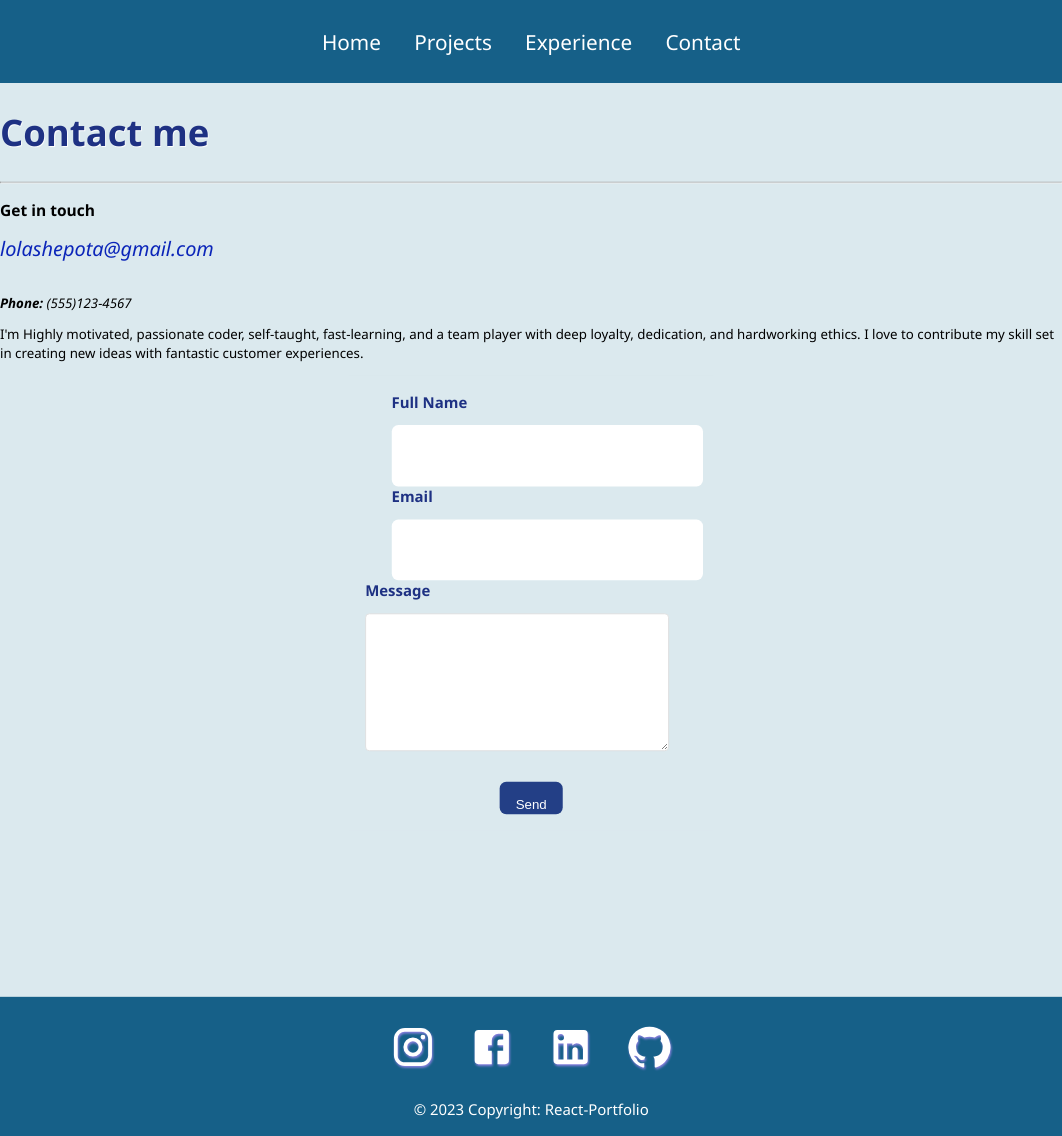
Repository: LolaSL/react-portfolio
Page: /contact
An editor plug-in stored every save of this project. The page is shown before and after a run of saves, followed by the edit.
The browser window is 1280 px wide. The pictures show the whole page, at 83% of full size.
The project was rebuilt for these pictures with package versions that can differ from the ones it lists, and the page was loaded fresh each time. Also part of the build but not shown: src/pages/Home/Style.css, src/pages/Home/Home.jsx, src/components/ProjectItem/Style.css, src/components/ProjectItem/ProjectItem.jsx, src/helpers/ProjectList.js, src/pages/Projects/Style.css, src/pages/Projects/Projects.jsx, src/pages/Experience/Style.css and 2 more.

Above is the page before, as saved 2023-09-27 17:38:40.

### src/App.js
import './App.css';
import { BrowserRouter as Router, Routes, Route } from 'react-router-dom';
import Home from './pages/Home/Home.jsx';
import Projects from './pages/Projects/Projects.jsx';
import Experience from './pages/Experience/Experience.jsx';
import Navbar from "./components/Navbar/Navbar.jsx";
import Footer from './components/Footer/Footer.jsx';
import ProjectDetail from './pages/ProjectDetail/ProjectDetail';
import Contact from './pages/Contact/Contact';


function App() {
  return (
    <div className="App">
      <Router>
      <Navbar />
        <Routes>
          <Route path="/" element={<Home />} />
          <Route path="/projects" element={<Projects />} />
          <Route path="/project/:id" element={<ProjectDetail />} />
          <Route path="/experience" element={<Experience />} />
          <Route path="/contact" element ={<Contact/>}/>
        </Routes>
        <Footer />
      </Router>
    </div>
  );
}

export default App;

### src/App.css
.App {
  width: 100%;
  height: auto;
  display: flex;
  flex-direction: column;
  font-family:'Segoe UI', Tahoma, Geneva, Verdana, sans-serif;
  background-color: #dbe9ee;
}

body {
  margin: 0;
  padding: 0;
}

### src/components/Navbar/Navbar.jsx
import React, { useEffect, useState } from "react";
import { Link, useLocation } from "react-router-dom";
import DehazeIcon from "@mui/icons-material/Dehaze";
import "./Style.css";

const Navbar = () => {
  const [expandNavbar, setExpandNavbar] = useState(false);
  const location = useLocation();
  useEffect(() => {
    setExpandNavbar(false);
  }, [location]);
  return (
    <div className="navbar" id={expandNavbar ? "open" : "close"}>
      <div className="toggleButton">
        <button
          onClick={() => {
            setExpandNavbar((prev) => !prev);
          }}
        >
          <DehazeIcon />
        </button>
      </div>
      <div className="links">
        <Link to="/"> Home </Link>
        <Link to="/projects"> Projects </Link>
        <Link to="/experience"> Experience </Link>
        <Link to="/contact"> Contact </Link>
      </div>
    </div>
  );
};

export default Navbar;

### src/components/Footer/Footer.jsx
import React from "react";
import { Link } from "react-router-dom";
import InstagramIcon from "@mui/icons-material/Instagram";
import FacebookIcon from "@mui/icons-material/Facebook";
import LinkedInIcon from "@mui/icons-material/LinkedIn";
import GitHubIcon from "@mui/icons-material/GitHub";
import "./Style.css";

const Footer = () => {
  return (
    <div className="footer">
      <div className="socialMedia">
        <Link to="https://www.instagram.com">
          <InstagramIcon />
        </Link>
        <Link to="https://www.facebook.com">
          <FacebookIcon />
        </Link>
        <Link to="https://www.linkedin.com/in/lola-s-2aba6340-lo">
          <LinkedInIcon />
        </Link>
        <Link to="https://github.com">
          <GitHubIcon />
        </Link>
      </div>
      <div className="copyright">
        <p>&copy; {new Date().getFullYear()} Copyright: React-Portfolio</p>
      </div>
    </div>
  );
};

export default Footer;

### src/pages/Contact/Contact.jsx
// import React, { useRef } from "react";
// import emailjs from "@emailjs/browser";
// import { Container, Row, Col } from "react-bootstrap";
// import { contactConfig } from "./contactConfig";
// import "./Style.css";

// const ContactForm = () => {
//   const form = useRef();

//   const sendEmail = (e) => {
//     e.preventDefault();

//     emailjs.sendForm("MY_SERVICE", "MY-TEMPLATE", form.current, "MY-KEY").then(
//       (result) => {
//         console.log(result.text);
//         console.log("message sent");
//       },
//       (error) => {
//         console.log(error.text);
//       }
//     );
//   };
//   return (
//     <Container >
//       <Row className="mb-5 mt-3 p-4">
//         <Col lg="8">
//           {" "}
//           <h1 className="display-4 mb-4 text-center">Contact me</h1>
//           <hr className="t_border my-4 ml-0 text-left" />
//         </Col>
//       </Row>
//       <Row className="sec-sp">
//         <Col lg="5" className="mb-5">
//           <h3 className="color_sec py-4">Get in touch</h3>
//           <address>
//             <strong>      <a href={`mailto:${contactConfig.YOUR_EMAIL}`}>
//                 {contactConfig.YOUR_EMAIL}
//               </a></strong>
//               <br />
//               <br />
//               {contactConfig.hasOwnProperty("YOUR_FONE") ? (
//                 <p>
//                   <strong>Phone:</strong> {contactConfig.YOUR_FONE}
//                 </p>
//               ) : (
//                 ""
//               )}
//             </address>
//             <p>{contactConfig.description}</p>
//           </Col>
//         <Col lg="7" className="d-flex align-items-center">
//           <form ref={form} onSubmit={sendEmail} className="contact-form w-100">
//           <Row>
//                 <Col lg="6" className="form-group">
//                   <input
//                     className="form-control"
//                     id="name"
//                     name="name"
//                     placeholder="Name"
//                     type="text"
//                     required
//                   />
//                 </Col>
//                 <Col lg="6" className="form-group">
//                   <input
//                     className="form-control rounded-0"
//                     id="email"
//                     name="email"
//                     placeholder="Email"
//                     type="email"
//                     required
//                   />
//                 </Col>
//               </Row>
//               <textarea
//                 className="form-control rounded-0"
//                 id="message"
//                 name="message"
//                 placeholder="Message"
//                 rows="5"
//                 required
//               ></textarea>
//               <br />
//             <Row>
//               <Col lg="12" className="form-group">
//                 <input
//                   type="submit"
//                   className="btn"
//                   value="Send"
//                   disabled={true}
//                 />
//               </Col>
//             </Row>
//           </form>
//         </Col>
//       </Row>
//     </Container>
//   );
// };

// export default ContactForm;

import React, { useRef } from "react";
import emailjs from "@emailjs/browser";
import { Container, Row, Col } from "react-bootstrap";
import { contactConfig } from "./contactConfig";
import "./Style.css";

const ContactForm = () => {
  const form = useRef();

  const sendEmail = (e) => {
    e.preventDefault();

    emailjs.sendForm("MY_SERVICE", "MY-TEMPLATE", form.current, "MY-KEY").then(
      (result) => {
        console.log(result.text);
        console.log("message sent");
      },
      (error) => {
        console.log(error.text);
      }
    );
  };
  return (
    <Container>
      <Row className="mb-5 mt-3 p-4">
        <Col lg={{ span: 8, offset: 2 }} md={{ span: 10, offset: 1 }}>
          <h1 className="display-4 mb-4 text-center">Contact me</h1>
          <hr className="t_border my-4 ml-0 text-left" />
        </Col>
      </Row>
      <Row className="sec-sp">
        <Col lg={5} md={6} className="mb-5">
          <h3 className="color_sec py-4">Get in touch</h3>
          <address>
            <strong>
              <a href={`mailto:${contactConfig.YOUR_EMAIL}`}>
                {contactConfig.YOUR_EMAIL}
              </a>
            </strong>
            <br />
            <br />
            {contactConfig.hasOwnProperty("YOUR_FONE") ? (
              <p>
                <strong>Phone:</strong> {contactConfig.YOUR_FONE}
              </p>
            ) : (
              ""
            )}
          </address>
          <p>{contactConfig.description}</p>
        </Col>
        <Col lg={7} md={6} className="d-flex align-items-center">
          <form ref={form} onSubmit={sendEmail} className="contact-form w-100">
            <Row className="w-100">
              <Col lg={6} md={6} sm={12} className="form-group">
                <label htmlFor="name">Full Name</label>
                <input
                  className="form-control"
                  id="name"
                  name="name"
                  type="text"
                  required
                />
              </Col>
              <Col lg={6} md={6} sm={12} className="form-group">
                <label htmlFor="email">Email</label>
                <input
                  className="form-control rounded-0"
                  id="email"
                  name="email"
                  type="email"
                  required
                />
              </Col>
            </Row>
            <Row className="w-100">
              <Col lg={12} md={12} sm={12} className="form-group">
                <label htmlFor="message">Message</label>
                <textarea
                  className="form-control rounded-0"
                  id="message"
                  name="message"
                  rows="5"
                  required
                ></textarea>
              </Col>
            </Row>
            <Row className="w-100">
              <Col lg={12} md={12} sm={12} className="form-group ">
                <input
                  type="submit"
                  className="btn btn-primary"
                  value="Send"
                  disabled={false}
                />
              </Col>
            </Row>
          </form>
        </Col>
      </Row>
    </Container>
  );
};

export default ContactForm;

### src/components/Navbar/Style.css
.navbar {
  width: 100%;
  height: 100px;
  background: #166088;
}

.links {
  width: 100%;
  height: 100%;
  display: flex;
  align-items: center;
  justify-content: center;
  color: white;
}

.navbar a {
  color: white;
  text-decoration: none;
  margin: 20px;
  font-size: 25px;
}

.toggleButton {
  width: 100%;
  height: 100px;
  display: flex;
  align-items: center;
  justify-content: flex-end;
}

.toggleButton svg {
  font-size: 50px;
}
.toggleButton button {
  margin-right: 20px;
  padding: 8px;
  background-color: transparent;
  border: none;
  color: white;
  cursor: pointer;
}

#open {
  height: 100vh;
}

#open .links {
  flex-direction: column;
  justify-content: flex-start;
  margin-top: 100px;
}

#open a {
  width: 100%;
  text-align: center;
}

@media only screen and (max-width: 900px) {
  .navbar a {
    width: 600px;
  }
}

@media only screen and (max-width: 600px) {
  .toggleButton {
    display: flex;
  }
  #close a {
    display: none;
  }
}

@media only screen and (min-width: 600px) {
  .toggleButton {
    display: none;
  }

  .hiddenLinks {
    display: none;
  }

  #open {
    height: 100px;
  }

  #open .links {
    flex-direction: row;
  }
}

### src/components/Footer/Style.css
.footer {
    width: 100%;
    height: 155px;
    background: #166088;
    display: flex;
    justify-content: center;
    align-items: center;
    flex-direction: column;
    padding-top: 10px;
    margin-top: 200px;
    position: related;
    bottom: 0;
    left: 0;
    right: 0;
  }
  .footer{
    height: 22vh;
  }
  .socialMedia svg{
    color: white;
    margin: 20px;
    font-size: 55px;
    cursor: pointer;
    margin-bottom: 10px;
  }
  .socialMedia svg:hover{
    color: #e76972;
    margin: 20px;
    font-size: 55px;
    cursor: pointer;
    margin-bottom: 10px;
    background-color: transparent;
    transition: all ease 0.3s;
    border: none;
    text-shadow: 0 0 0.625em #d83535;
  }
.copyright p{
    color: white;
    font-size: 18px;
  }

  @media only screen and (max-width: 600px) {
    .footer svg {
      font-size: 50px;
    }
    .copyright p{
      font-size: 16px;
    }
  }

### src/pages/ProjectDetail/Style.css
.project {
  width: 100%;
    height: auto;
    display: flex;
    justify-content: center;
    align-items: center;
    flex-direction: column;
    color: #3e497a;
}

.project  h1 {
  text-align: center;
  color: #3e497a;
  font-size:50px;
  font-weight: bolder;
  margin-top: 30px

}
.project img {
  max-width: 700px;
  border-radius: 10px;
  margin-bottom: 40px;
}

.project h3 {
  font-size: 1.7rem;
  color: #3e497a;
  padding: 50px;
  text-align: justify;
}
a {
  text-decoration: none;
  color: rgb(11, 37, 185);
  font-weight: normal;
  font-size: 24px;
}
a:hover {
  text-decoration: none;
   color: #e76972;
  font-weight: bold;
  transition: all ease 0.3s;
  font-size: 24px;
  cursor: pointer;
  text-shadow: 0 0 0.625em #d83535;
}
.project svg {
  font-size: 60px;
  color: #3e497a;
}
.project svg:hover {
  color: #2d2d84;
  cursor: pointer;
}
svg {
  filter: drop-shadow(1px 2px 1px rgb(144, 130, 227));
}
@media only screen and (max-width: 1300px) {
  .project img {
    max-width: 500px;
    border-radius: 8px;
  }
  .project h1 {
    font-size: 1.8rem;
  }
  .project h3 {
    font-size: 1.4rem;
  }
}

@media only screen and (max-width: 800px) {
  .project img {
    max-width: 374px;
    border-radius: 6px;
  }
  .project h1 {
    font-size:37px;
    text-align: center;
    color: #3e497a;
  }
  .project h3 {
    font-size: 1.3rem;
  }

}

### src/pages/Contact/contactConfig.js
// const contactConfig = {
//     description: "I'm Highly motivated, passionate coder, self-taught, fast-learning, and a team player with deep loyalty, dedication, and hardworking ethics. I love to contribute my skill set in creating new ideas with fantastic customer experiences."
// }
// export {
//     contactConfig
// }
const logotext = 'Lola Shepota';
const meta = {
    title: 'Lola Shepota',
    description:
        "I'm Highly motivated, passionate coder, Full-Stact Junior. ",
};

const introdata = {
    title: 'I’m John Doe',
    animated: {
        first: 'I love coding',
        second: "I'm creating new ideas with fantastic customer experiences",
        third: 'A team player with deep loyalty',
    },
    description:
        "I'm self-taught, fast-learning, and  dedication, and hardworking ethics. I love contributing my skills to code websites.",
    your_img_url: 'https://avatars.githubusercontent.com/u/67796082?v=4',
};

const dataabout = {
    title: 'About my self',
    aboutme:
        'Lorem ipsum dolor sit amet, consectetur adipiscing elit. Praesent quis dolor id ligula semper elementum feugiat pretium nulla. Nunc non commodo dolor. Nunc mollis dignissim facilisis. Morbi ut magna ultricies.',
};
const worktimeline = [
    {
        jobtitle: 'Designer of week',
        where: 'YAdfi',
        date: '2020',
    },
    {
        jobtitle: 'Designer of week',
        where: 'Jamalya',
        date: '2019',
    },
    {
        jobtitle: 'Designer of week',
        where: 'ALquds',
        date: '2019',
    },
];



const services = [
    {
        title: 'UI & UX Design',
        description:
            'Lorem ipsum dolor sit amet, consectetur adipiscing elit. Sed at nisl euismod urna bibendum sollicitudin.',
    },
    {
        title: 'Mobile Apps',
        description:
            'Lorem ipsum dolor sit amet, consectetur adipiscing elit. Sed at nisl euismod urna bibendum sollicitudin.',
    },
    {
        title: 'Wordpress Design',
        description:
            'Lorem ipsum dolor sit amet, consectetur adipiscing elit. Sed at nisl euismod urna bibendum sollicitudin.',
    },
];

const contactConfig = {
    YOUR_EMAIL: 'lolashepota@gmail.com',
    YOUR_FONE: '(555)123-4567',
    description:
        "I'm Highly motivated, passionate coder, self-taught, fast-learning, and a team player with deep loyalty, dedication, and hardworking ethics. I love to contribute my skill set in creating new ideas with fantastic customer experiences.",
    YOUR_SERVICE_ID: 'service_id',
    YOUR_TEMPLATE_ID: 'template_id',
    YOUR_USER_ID: 'user_id',
};


export {
    meta,
    dataabout,
    worktimeline,
    services,
    introdata,
    contactConfig,
    logotext,
};

### src/pages/Contact/Style.css
.contact-form {
  max-width: 400px;
  margin: 0 auto;
  padding: 20px;
  background-color: #dbe9ee;
  display: flex;
  flex-direction: column;
  align-items: center;
  color: #1e3183;
  font-size: 18px;
  font-weight: 600;


}
h1{
  font-size: 44px;
 color: #1e3183;
 text-shadow: 1px 1px 1px #ffffff;

}
  input {
    width: 100%;
    height: 35px;
    padding: 9px;
    outline: none;
    border-radius: 5px;
    border: 1px solid rgb(220, 220, 220);

    &:focus {
      border: 2px solid rgba(0, 206, 158, 1);
    }
  }
  input,
  textarea {
    width: 100%;
    font-size: 1rem;
    padding: 1.2rem;
    color: grey;
    background-color: dark;
    outline: none;
    border: none;
    border-radius: 8px;
    margin-top: 1rem;
  }
  textarea {
   width: 350px;
    max-height: 100px;
    /* min-height: 100px; */
    padding: 7px;
    outline: none;
    border-radius: 5px;
    border: 1px solid rgb(220, 220, 220);
    min-height:150px;
    resize: vertical;
    &:focus {
      border: 2px solid rgba(0, 206, 158, 1);
    }
  }

  input[type="submit"] {
    margin-top: 2rem;
    cursor: pointer;
    background: #233f86;
    color: white;
    border: none;
    width: 100%;
  }
  input:hover[type="submit"] {
    margin-top: 2rem;
    cursor: pointer;
    background: #e76972;
    color: white;
    border: none;
  }

/*
  .form-group {
    width: 100%;
    margin-bottom: 2rem;
  }
  label {
    font-size: 1.8rem;
  }
  input,
  textarea {
    width: 100%;
    font-size: 2rem;
    padding: 1.2rem;
    color: var(--gray-1);
    background-color: var(--deep-dark);
    outline: none;
    border: none;
    border-radius: 8px;
    margin-top: 1rem;
  }
  textarea {
    min-height: 250px;
    resize: vertical;
  }
  button[type='submit'] {
    background-color: var(--gray-1);
    color: var(--black);
    font-size: 2rem;
    display: inline-block;
    outline: none;
    border: none;
    padding: 1rem 4rem;
    border-radius: 8px;
    cursor: pointer;
  } */

Loaded but not shown: public/index.html (common file); src/index.js (common file); src/reportWebVitals.js (common file)

After the next 2 saves:
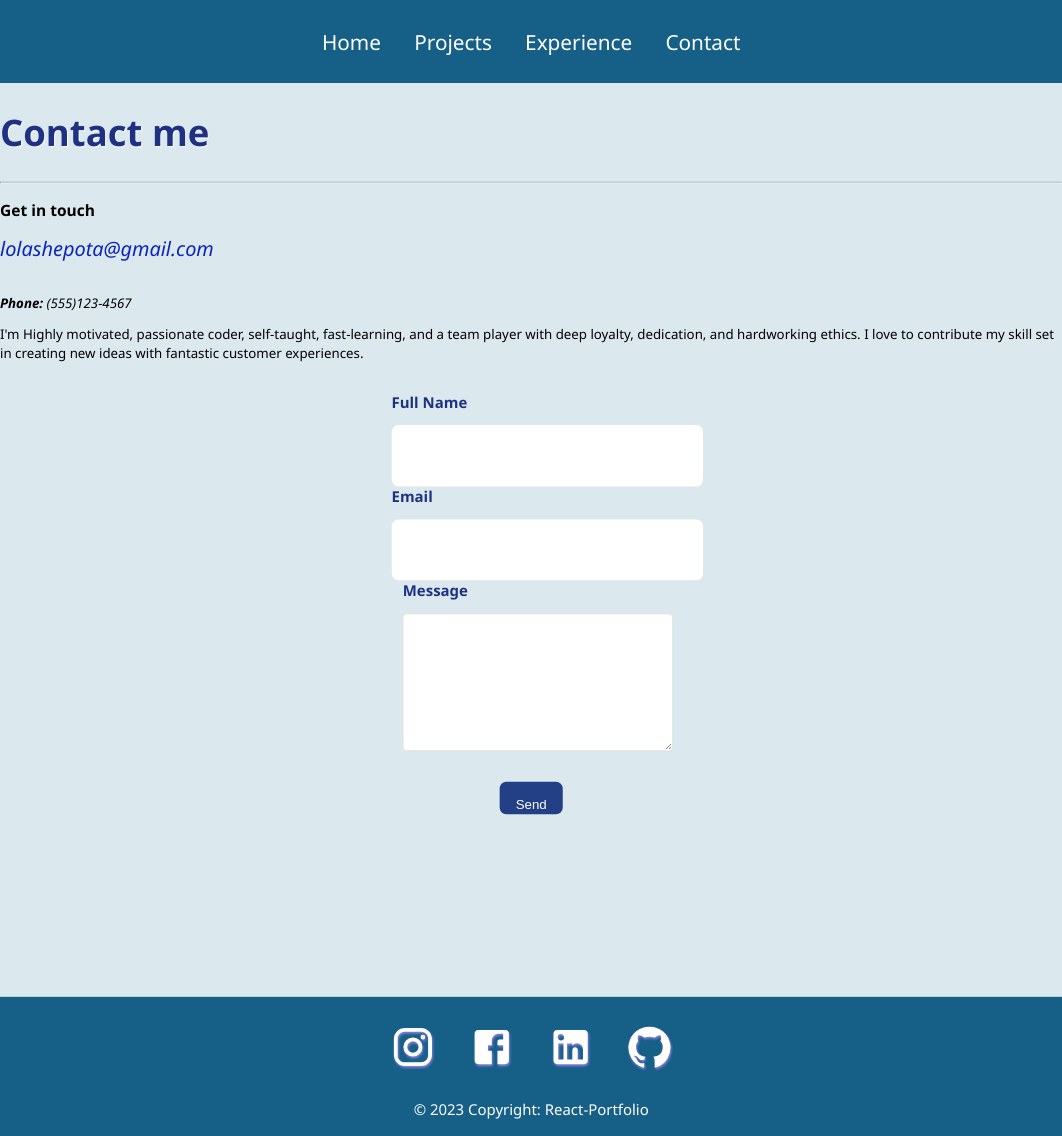
The 2 saves are shown as one change because they came seconds apart.
The last was saved 38 s later.
--- a/src/pages/Contact/Style.css
+++ b/src/pages/Contact/Style.css
@@ -43,7 +43,7 @@ h1{
     margin-top: 1rem;
   }
   textarea {
-   width: 350px;
+   width: 100%;
     max-height: 100px;
     /* min-height: 100px; */
     padding: 7px;
